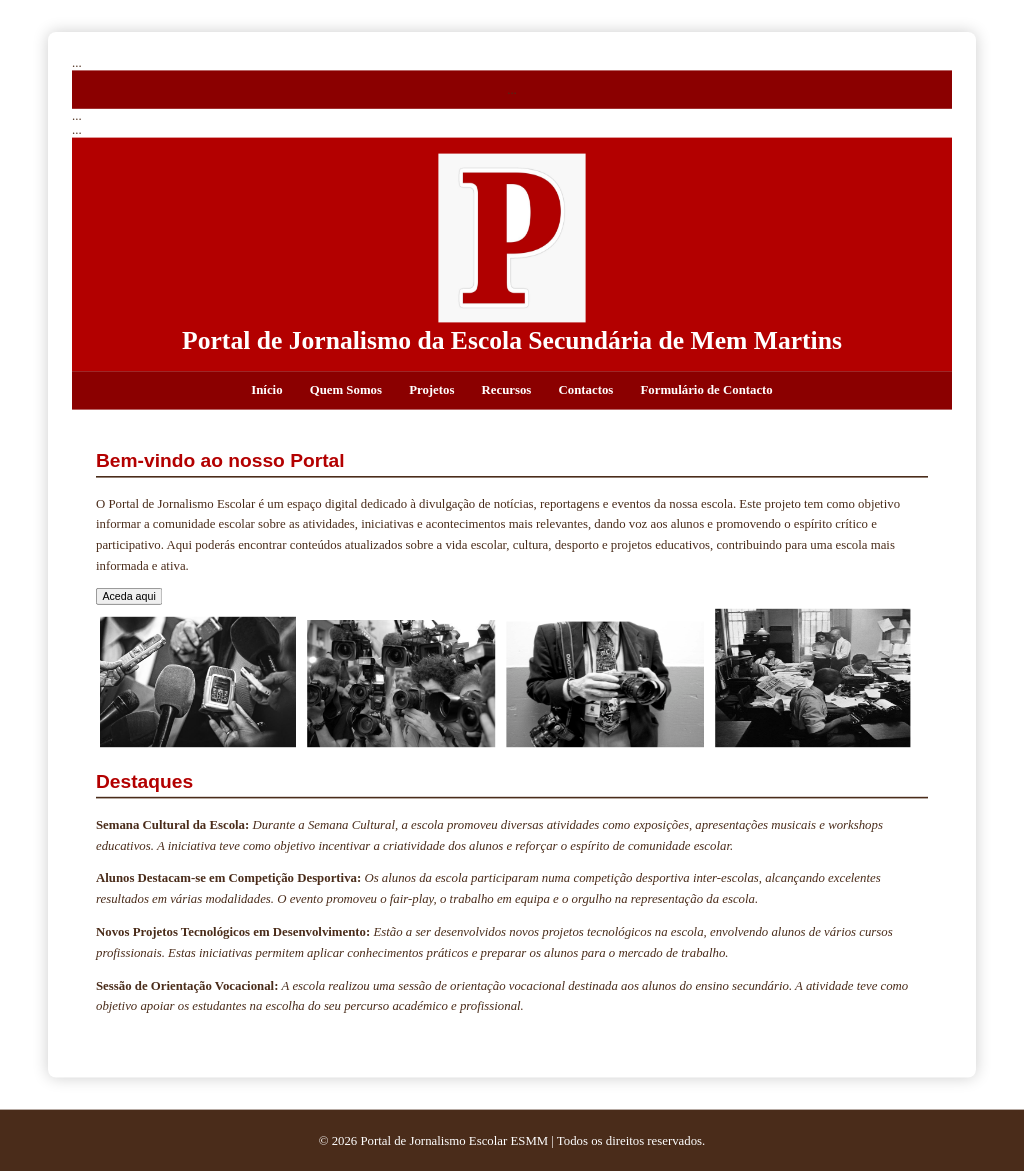
Repository: Sofiampsantos/Portal-de-Jornalismo-Escolar
Page: ProjetoProgV2/FormularioContacto/src/main/webapp/index.html
The author's editor kept a copy of each file at every save. The page is drawn from the files as they stood at one save, then again after the next save.
The browser window is 1280 px wide. The pictures show the whole page, at 80% of full size.
Backgrounds fixed to the window are drawn as part of the page. Some web fonts or font styles are not loaded; a fallback is used.

Above is the page before, as saved 2026-05-23 18:43:30.
Console error: TypeError: Cannot set properties of null (setting 'innerText')

After the next save:
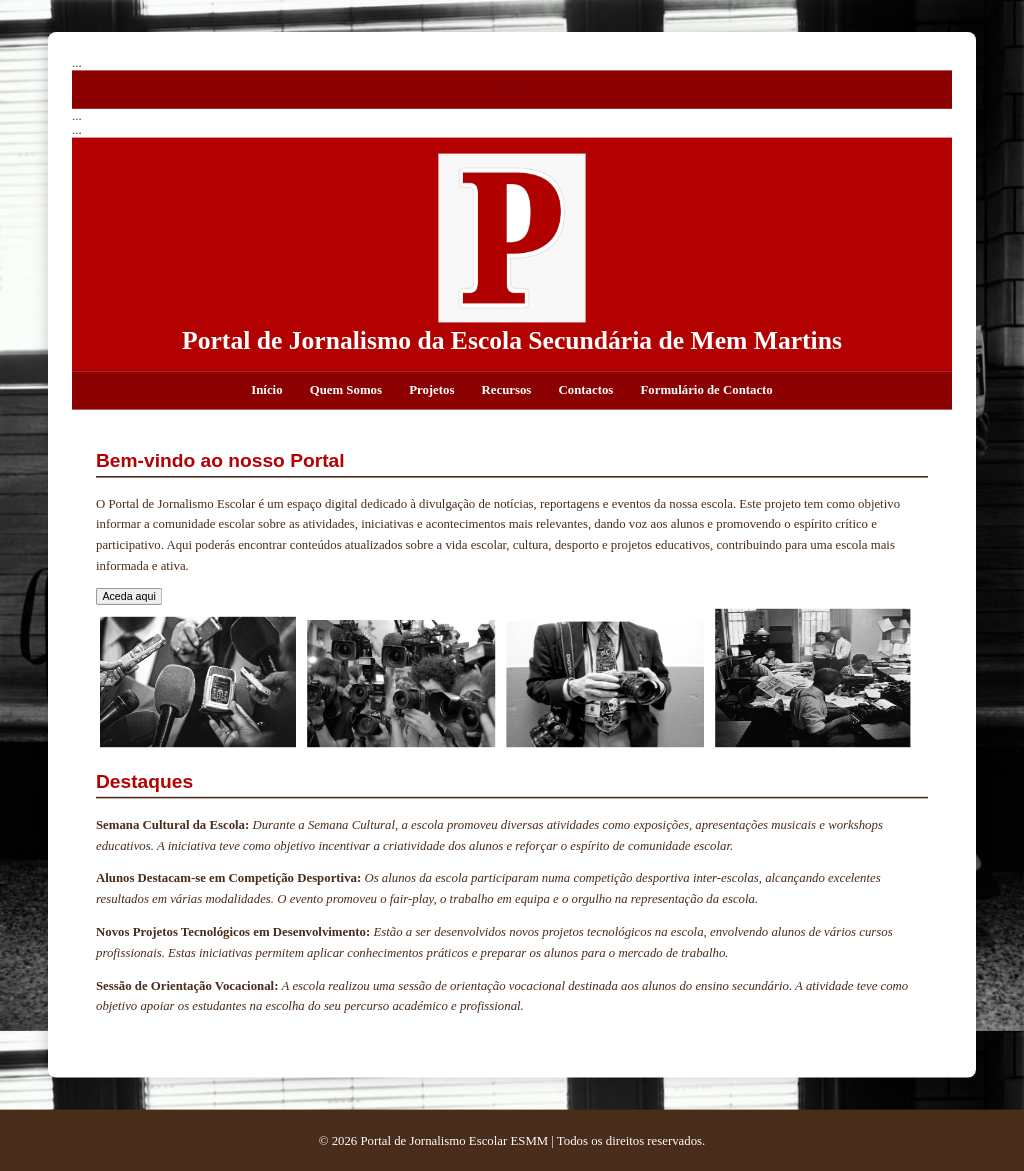
Saved 95 s later.
--- a/ProjetoProgV2/FormularioContacto/src/main/webapp/index.html
+++ b/ProjetoProgV2/FormularioContacto/src/main/webapp/index.html
@@ -5,7 +5,7 @@
 <title>Portal de Jornalismo Escolar - ESMM - Página inicial</title>
 <link rel="stylesheet" href="styles/estilo.css">
 </head>
-<body>
+<body style="background-image: url('img/jornmulheres.jpg'); background-size: cover; background-repeat: no-repeat; background-attachment: fixed; background-position: center;">
 
   <div class="container">
 
